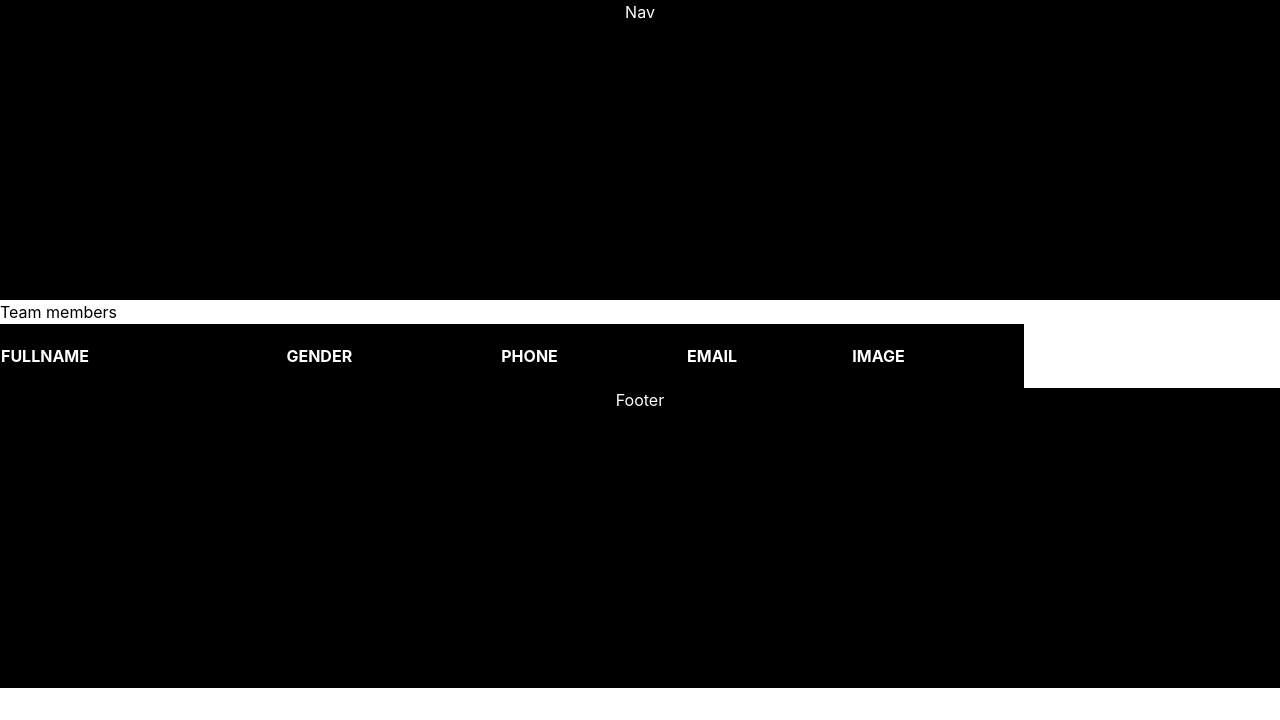
Repository: Eugene44-hub/SHRGroup46-capstone
Page: /members
An editor plug-in stored every save of this project. The page is shown before and after the next save, followed by the edit.
The browser window is 1280 px wide. The pictures show the whole page.
The page's requests for data from a server got no answer. The project was rebuilt for these pictures with package versions that can differ from the ones it lists, and the page was loaded fresh each time. No one was signed in, and anything a server would have sent is missing.

Above is the page before, as saved 2022-05-17 13:19:39.

After the next save:
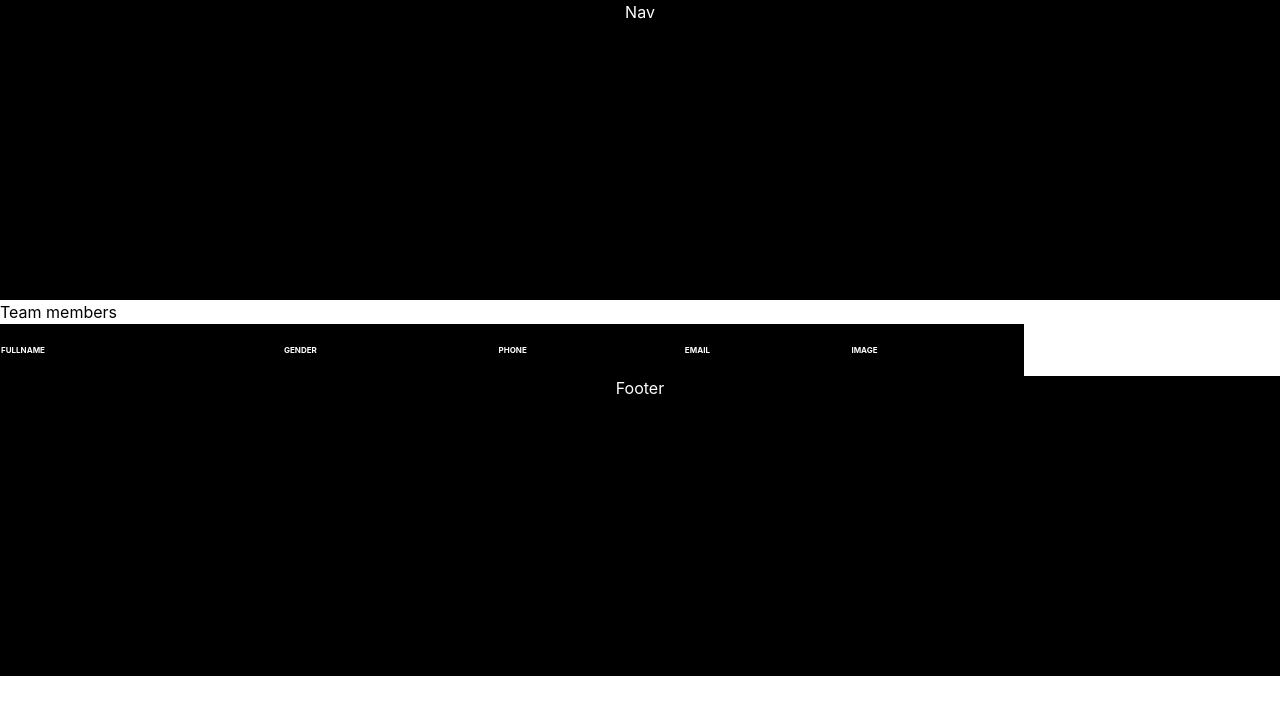
Saved 94 s later.
--- a/src/pages/members/Members.jsx
+++ b/src/pages/members/Members.jsx
@@ -17,11 +17,11 @@ console.log(members);
 <table className='w-[80%] bg-black text-white'>
 
     <tr>
-      <th className='text-left py-5 uppercase'>fullname</th>
-      <th className='text-left py-5 uppercase'>gender</th>
-      <th className='text-left py-5 uppercase'>phone</th>
-      <th className='text-left py-5 uppercase'>email</th>
-      <th className='text-left py-5 uppercase'>image</th>
+      <th className='text-left py-5 text-[.5rem] uppercase'>fullname</th>
+      <th className='text-left py-5 text-[.5rem] uppercase'>gender</th>
+      <th className='text-left py-5 text-[.5rem] uppercase'>phone</th>
+      <th className='text-left py-5 text-[.5rem] uppercase'>email</th>
+      <th className='text-left py-5 text-[.5rem] uppercase'>image</th>
     </tr>
 
 
